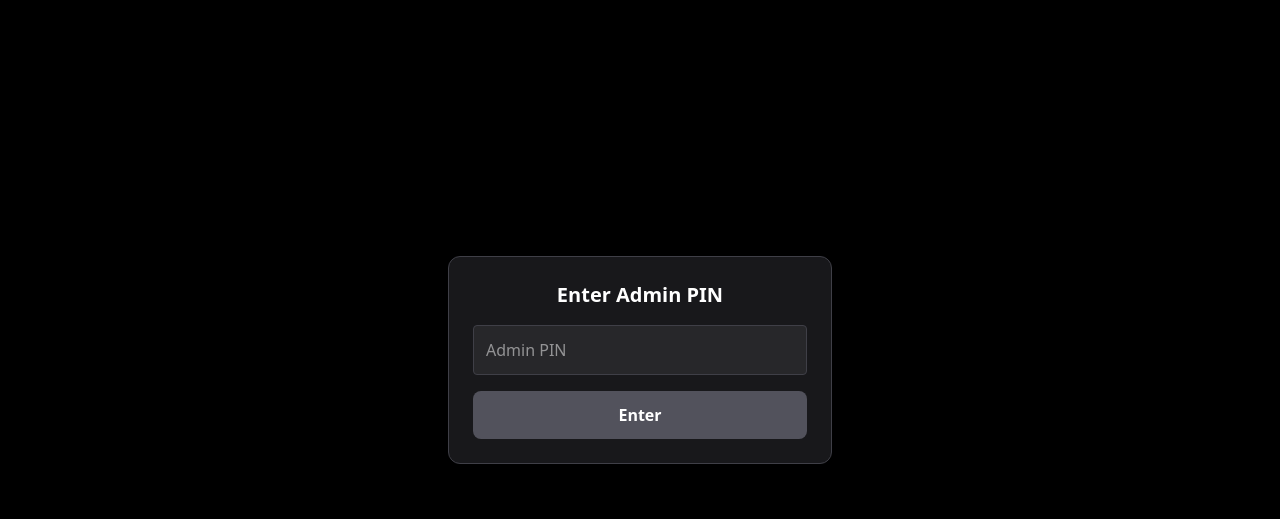
Repository: sanghaarman6-cmyk/edge
Page: /admin
An editor plug-in stored every save of this project. The page is shown before and after the next save, followed by the edit.
The browser window is 1280 px wide. The pictures show the whole page.
The project was rebuilt for these pictures with package versions that can differ from the ones it lists, and the page was loaded fresh each time. The framework's server and built-in components were replaced by stand-ins that run in the browser. Also part of the build but not shown: next.config.ts.

Above is the page before, as saved 2025-12-02 16:13:59.

After the next save:
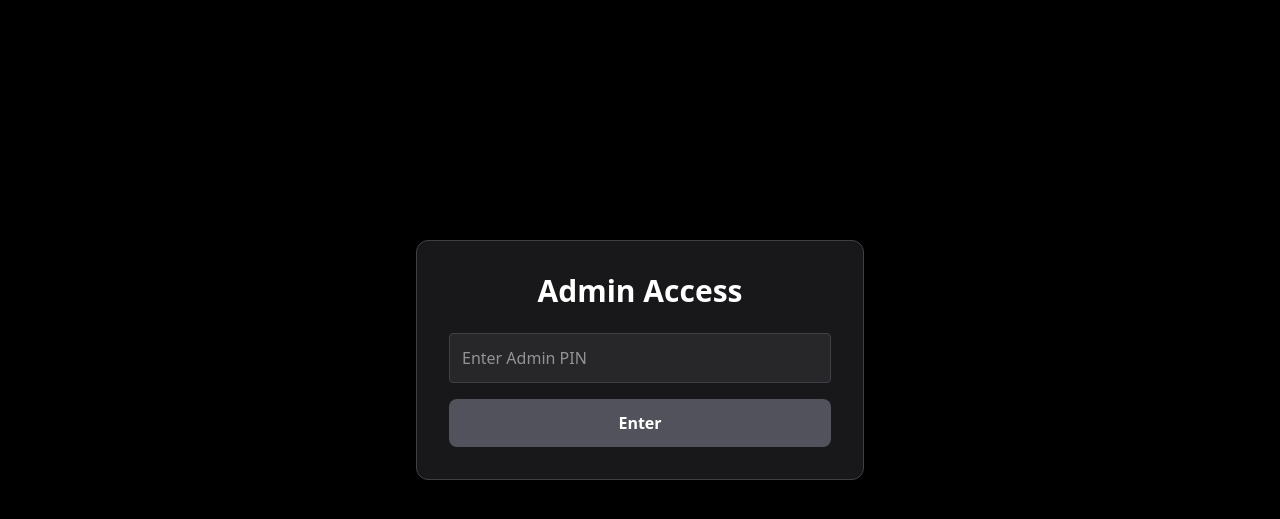
Saved 104 s later.
--- a/app/admin/page.tsx
+++ b/app/admin/page.tsx
@@ -1,22 +1,22 @@
 'use client';
 
-import { useState } from "react";
-import { useRouter } from "next/navigation";
+import { useState } from 'react';
+import { useRouter } from 'next/navigation';
 
 export default function AdminPinPage() {
   const router = useRouter();
-  const [pin, setPin] = useState("");
-  const [error, setError] = useState("");
+  const [pin, setPin] = useState('');
+  const [error, setError] = useState('');
 
-  const ADMIN_PIN = process.env.NEXT_PUBLIC_ADMIN_PIN || "12345"; // set your real PIN
+  const ADMIN_PIN = process.env.NEXT_PUBLIC_ADMIN_PIN || '12345';
 
   const handleSubmit = (e: React.FormEvent) => {
     e.preventDefault();
     if (pin === ADMIN_PIN) {
-      localStorage.setItem("adminAccess", "true");
-      router.push("/admin/panel");
+      localStorage.setItem('adminAccess', 'true');
+      router.push('/admin/panel');
     } else {
-      setError("Incorrect PIN.");
+      setError('Incorrect PIN.');
     }
   };
 
@@ -24,13 +24,16 @@ export default function AdminPinPage() {
     <div className="flex items-center justify-center min-h-screen bg-black text-white">
       <form
         onSubmit={handleSubmit}
-        className="bg-zinc-900 p-6 rounded-xl w-full max-w-sm border border-zinc-700"
+        className="bg-zinc-900 p-8 rounded-xl w-full max-w-md space-y-4 border border-zinc-700"
       >
-        <h1 className="text-xl font-bold mb-4 text-center">Enter Admin PIN</h1>
+        <h1 className="text-3xl font-bold mb-6 text-center">Admin Access</h1>
+
+        {error && <p className="text-red-400">{error}</p>}
 
         <input
-          className="w-full p-3 rounded bg-zinc-800 border border-zinc-700 mb-4"
-          placeholder="Admin PIN"
+          type="password"
+          placeholder="Enter Admin PIN"
+          className="w-full p-3 rounded bg-zinc-800 border border-zinc-700"
           value={pin}
           onChange={(e) => setPin(e.target.value)}
         />
@@ -38,8 +41,6 @@ export default function AdminPinPage() {
         <button className="w-full bg-zinc-600 py-3 rounded-lg font-semibold hover:bg-zinc-700">
           Enter
         </button>
-
-        {error && <p className="text-red-400 mt-3 text-center">{error}</p>}
       </form>
     </div>
   );
